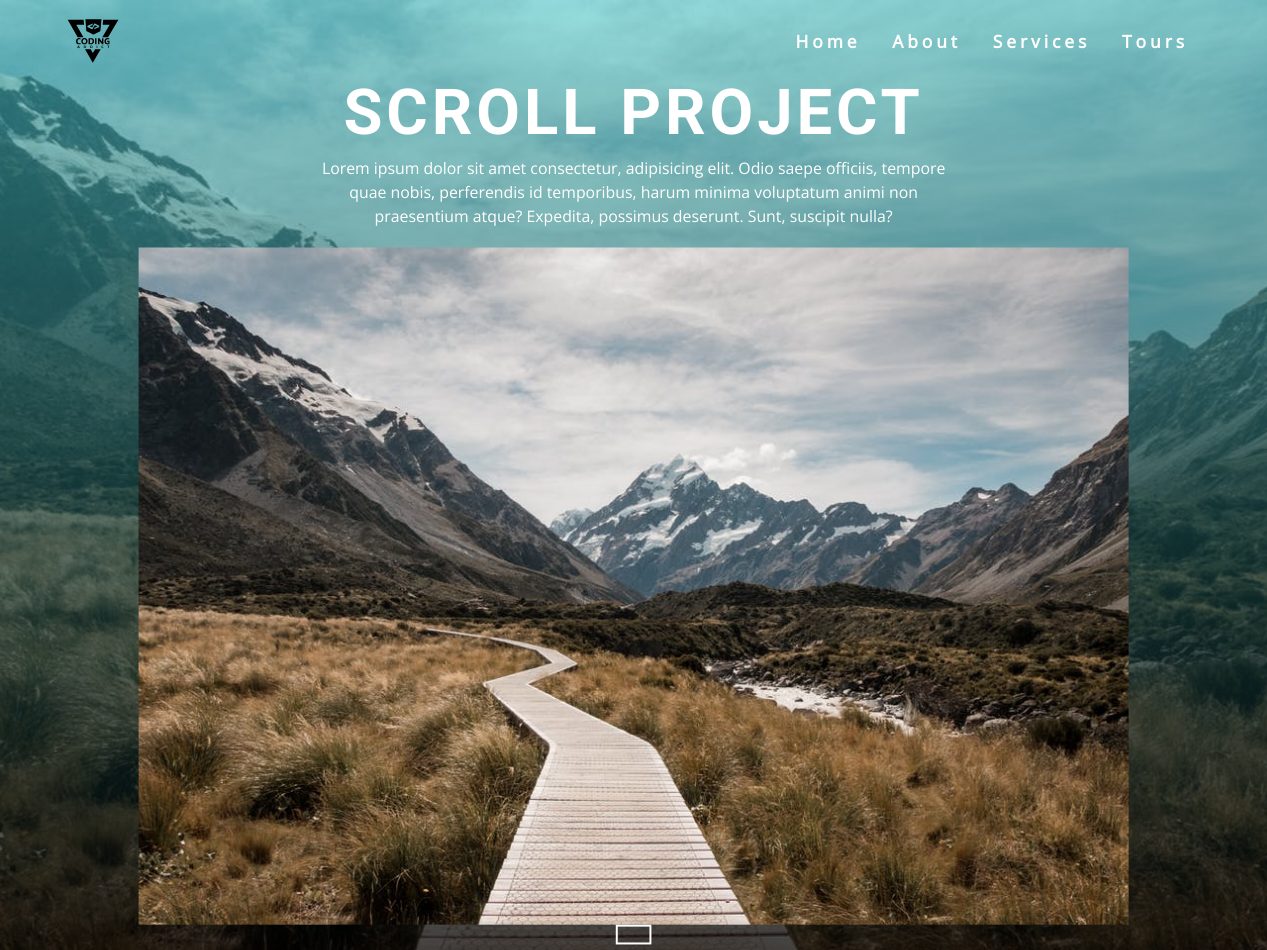
Repository: spidero7/Scroll
Page: index.html
An editor plug-in stored every save of this project. The page is shown before and after the next save, followed by the edit.
The browser window is 1280 px wide. The pictures show the whole page, at 99% of full size.
Some web libraries are served in a nearby version.

Above is the page before, as saved 2021-10-07 06:58:47.

### index.html
<!DOCTYPE html>
<html lang="en">
<head>
    <meta charset="UTF-8">
    <meta http-equiv="X-UA-Compatible" content="IE=edge">
    <meta name="viewport" content="width=device-width, initial-scale=1.0">
    <title>Scroll</title>
    <link rel="stylesheet" href="styles.css">
    <link rel="stylesheet" href="https://cdnjs.cloudflare.com/ajax/libs/font-awesome/5.14.0/css/all.min.css">
</head>
<body>
    <!-- header  -->
    <header id="home">
        <!-- navbar -->
        <nav id="nav">
            <div class="nav-center">
                <!-- nav header  -->
                <div class="nav-header">
                    <img src="./imgs/logo.svg" alt="logo" class="logo"/>
                    <button class="nav-toggle">
                        <i class="fas fa-bars"></i>
                    </button>
                </div>
                <!-- links -->
                <div class="links-container">
                    <ul class="links">
                        <li>
                          <a href="#home" class="scroll-link">home</a>
                        </li>
                        <li>
                          <a href="#about" class="scroll-link">about</a>
                        </li>
                        <li>
                          <a href="#services" class="scroll-link">services</a>
                        </li>
                        <li>
                          <a href="#tours" class="scroll-link">tours</a>
                        </li>
                      </ul>
                </div>
            </div>
        </nav>
        <!-- banner -->
        <div class="banner">
            <div class="container">
                <h1>scroll project</h1>
                <p>
                    Lorem ipsum dolor sit amet consectetur, adipisicing elit. Odio saepe officiis,
                    tempore quae nobis, perferendis id temporibus, harum minima voluptatum animi non
                    praesentium atque? Expedita, possimus deserunt. Sunt, suscipit nulla?
                </p>
                <img src="./imgs/hero-bcg.jpeg">
                <a href="#tours" class="scroll-link btn btn-white">

                </a>
            </div>
        </div>
    </header>
    <script src="app.js"></script>
</body>
</html>

### styles.css
/*
===============
Fonts
===============
*/
@import url("https://fonts.googleapis.com/css?family=Open+Sans|Roboto:400,700&display=swap");

/*
===============
Variables
===============
*/

:root {
  /* dark shades of primary color*/
  --clr-primary-1: hsl(205, 86%, 17%);
  --clr-primary-2: hsl(205, 77%, 27%);
  --clr-primary-3: hsl(205, 72%, 37%);
  --clr-primary-4: hsl(205, 63%, 48%);
  /* primary/main color */
  --clr-primary-5: #49a6e9;
  /* lighter shades of primary color */
  --clr-primary-6: hsl(205, 89%, 70%);
  --clr-primary-7: hsl(205, 90%, 76%);
  --clr-primary-8: hsl(205, 86%, 81%);
  --clr-primary-9: hsl(205, 90%, 88%);
  --clr-primary-10: hsl(205, 100%, 96%);
  /* darkest grey - used for headings */
  --clr-grey-1: hsl(209, 61%, 16%);
  --clr-grey-2: hsl(211, 39%, 23%);
  --clr-grey-3: hsl(209, 34%, 30%);
  --clr-grey-4: hsl(209, 28%, 39%);
  /* grey used for paragraphs */
  --clr-grey-5: hsl(210, 22%, 49%);
  --clr-grey-6: hsl(209, 23%, 60%);
  --clr-grey-7: hsl(211, 27%, 70%);
  --clr-grey-8: hsl(210, 31%, 80%);
  --clr-grey-9: hsl(212, 33%, 89%);
  --clr-grey-10: hsl(210, 36%, 96%);
  --clr-white: #fff;
  --clr-red-dark: hsl(360, 67%, 44%);
  --clr-red-light: hsl(360, 71%, 66%);
  --clr-green-dark: hsl(125, 67%, 44%);
  --clr-green-light: hsl(125, 71%, 66%);
  --clr-secondary: hsla(182, 63%, 54%);
  --clr-black: #222;
  --ff-primary: "Roboto", sans-serif;
  --ff-secondary: "Open Sans", sans-serif;
  --transition: all 0.3s linear;
  --spacing: 0.25rem;
  --radius: 0.5rem;
  --light-shadow: 0 5px 15px rgba(0, 0, 0, 0.1);
  --dark-shadow: 0 5px 15px rgba(0, 0, 0, 0.2);
  --max-width: 1170px;
  --fixed-width: 620px;
}
/*
===============
Global Styles
===============
*/
html {
  scroll-behavior: smooth;
}
*,
::after,
::before {
  margin: 0;
  padding: 0;
  box-sizing: border-box;
}
body {
  font-family: var(--ff-secondary);
  background: var(--clr-grey-10);
  color: var(--clr-grey-1);
  line-height: 1.5;
  font-size: 0.875rem;
}
ul {
  list-style-type: none;
}
a {
  text-decoration: none;
}
img:not(.logo) {
  width: 100%;
}
img {
  display: block;
}

h1,
h2,
h3,
h4 {
  letter-spacing: var(--spacing);
  text-transform: capitalize;
  line-height: 1.25;
  margin-bottom: 0.75rem;
  font-family: var(--ff-primary);
}
h1 {
  font-size: 3rem;
}
h2 {
  font-size: 2rem;
}
h3 {
  font-size: 1.25rem;
}
h4 {
  font-size: 0.875rem;
}
p {
  margin-bottom: 1.25rem;
  color: var(--clr-grey-5);
}
@media screen and (min-width: 800px) {
  h1 {
    font-size: 4rem;
  }
  h2 {
    font-size: 2.5rem;
  }
  h3 {
    font-size: 1.75rem;
  }
  h4 {
    font-size: 1rem;
  }
  body {
    font-size: 1rem;
  }
  h1,
  h2,
  h3,
  h4 {
    line-height: 1;
  }
}
/*  global classes */

.btn {
  text-transform: uppercase;
  background: transparent;
  color: var(--clr-black);
  padding: 0.375rem 0.75rem;
  letter-spacing: var(--spacing);
  display: inline-block;
  transition: var(--transition);
  font-size: 0.875rem;
  border: 2px solid var(--clr-black);
  cursor: pointer;
  box-shadow: 0 1px 3px rgba(0, 0, 0, 0.2);
  border-radius: var(--radius);
}
.btn:hover {
  color: var(--clr-white);
  background: var(--clr-black);
}
.btn-white {
  color: var(--clr-white);
  border-color: var(--clr-white);
  border-radius: 0;
  padding: 0.5rem 1rem;
}
.btn:hover {
  background: var(--clr-white);
  color: var(--clr-secondary);
}
/* section */
.section {
  padding-bottom: 5rem;
}

.section-center {
  width: 90vw;
  margin: 0 auto;
  max-width: 1170px;
}
@media screen and (min-width: 992px) {
  .section-center {
    width: 95vw;
  }
}
main {
  min-height: 100vh;
  display: grid;
  place-items: center;
}
/*
===============
Scroll
===============
*/
/* navbar */
nav {
  background: var(--clr-white);
  padding: 1rem 1.5rem;
}
/* fixed nav */
.fixed-nav {
  position: fixed;
  top: 0;
  left: 0;
  width: 100%;
  background: var(--clr-white);
  box-shadow: var(--light-shadow);
}
.fixed-nav .links a {
  color: var(--clr-grey-1);
}
.fixed-nav .links a:hover {
  color: var(--clr-secondary);
}
/* .fixed-nav .links-container {
  height: auto !important;
} */
.nav-header {
  display: flex;
  align-items: center;
  justify-content: space-between;
}
.nav-toggle {
  font-size: 1.5rem;
  color: var(--clr-grey-1);
  background: transparent;
  border-color: transparent;
  transition: var(--transition);
  cursor: pointer;
}
.nav-toggle:hover {
  color: var(--clr-secondary);
}
.logo {
  height: 50px;
}
.links-container {
  height: 0;
  overflow: hidden;
  transition: var(--transition);
}
.show-links {
  height: 200px;
}
.links a {
  background: var(--clr-white);
  color: var(--clr-grey-5);
  font-size: 1.1rem;
  text-transform: capitalize;
  letter-spacing: var(--spacing);
  display: block;
  transition: var(--transition);
  font-weight: bold;
  padding: 0.75rem 0;
}
.links a:hover {
  color: var(--clr-grey-1);
}
@media screen and (min-width: 800px) {
  nav {
    background: transparent;
  }
  .nav-center {
    width: 90vw;
    max-width: 1170px;
    margin: 0 auto;
    display: flex;
    align-items: center;
    justify-content: space-between;
  }
  .nav-header {
    padding: 0;
  }
  .nav-toggle {
    display: none;
  }
  .links-container {
    height: auto !important;
  }
  .links {
    display: flex;
  }
  .links a {
    background: transparent;
    color: var(--clr-white);
    font-size: 1.1rem;
    text-transform: capitalize;
    letter-spacing: var(--spacing);
    display: block;
    transition: var(--transition);
    margin: 0 1rem;
    font-weight: bold;
    padding: 0;
  }
  .links a:hover {
    color: var(--clr-white);
  }
}
/* hero */
header {
  min-height: 100vh;
  background: linear-gradient(rgba(63, 208, 212, 0.5), rgba(0, 0, 0, 0.7)),
    url(./hero-bcg.jpeg) center/cover no-repeat;
}
.banner {
  min-height: 100vh;
  display: grid;
  place-items: center;
  text-align: center;
}
.container h1 {
  color: var(--clr-white);
  text-transform: uppercase;
}
.container p {
  color: var(--clr-white);
  max-width: 25rem;
  margin: 0 auto;
  margin-bottom: 1.25rem;
}
@media screen and (min-width: 768px) {
  .container p {
    max-width: 40rem;
  }
}
/* sections and title */
.title h2 {
  text-align: center;
  text-transform: uppercase;
}
.title span {
  color: var(--clr-secondary);
}
#about,
#services,
#tours {
  height: 80vh;
}
#services {
  background: var(--clr-white);
}
footer {
  background: var(--clr-grey-1);
  padding: 5rem 1rem;
}
footer p {
  color: var(--clr-white);
  text-align: center;
  text-transform: capitalize;
  letter-spacing: var(--spacing);
  margin-bottom: 0;
}

.top-link {
  font-size: 1.25rem;
  position: fixed;
  bottom: 3rem;
  right: 3rem;
  background: var(--clr-secondary);
  width: 2rem;
  height: 2rem;
  display: grid;
  place-items: center;
  border-radius: var(--radius);
  color: var(--clr-white);
  animation: bounce 2s ease-in-out infinite;

  visibility: hidden;
  z-index: -100;
}
.show-link {
  visibility: visible;
  z-index: 100;
}

@keyframes bounce {
  0% {
    transform: scale(1);
  }
  50% {
    transform: scale(1.5);
  }
  100% {
    transform: scale(1);
  }
}

Loaded but not shown: app.js (no stored copy; drawn as an empty file)

After the next save:
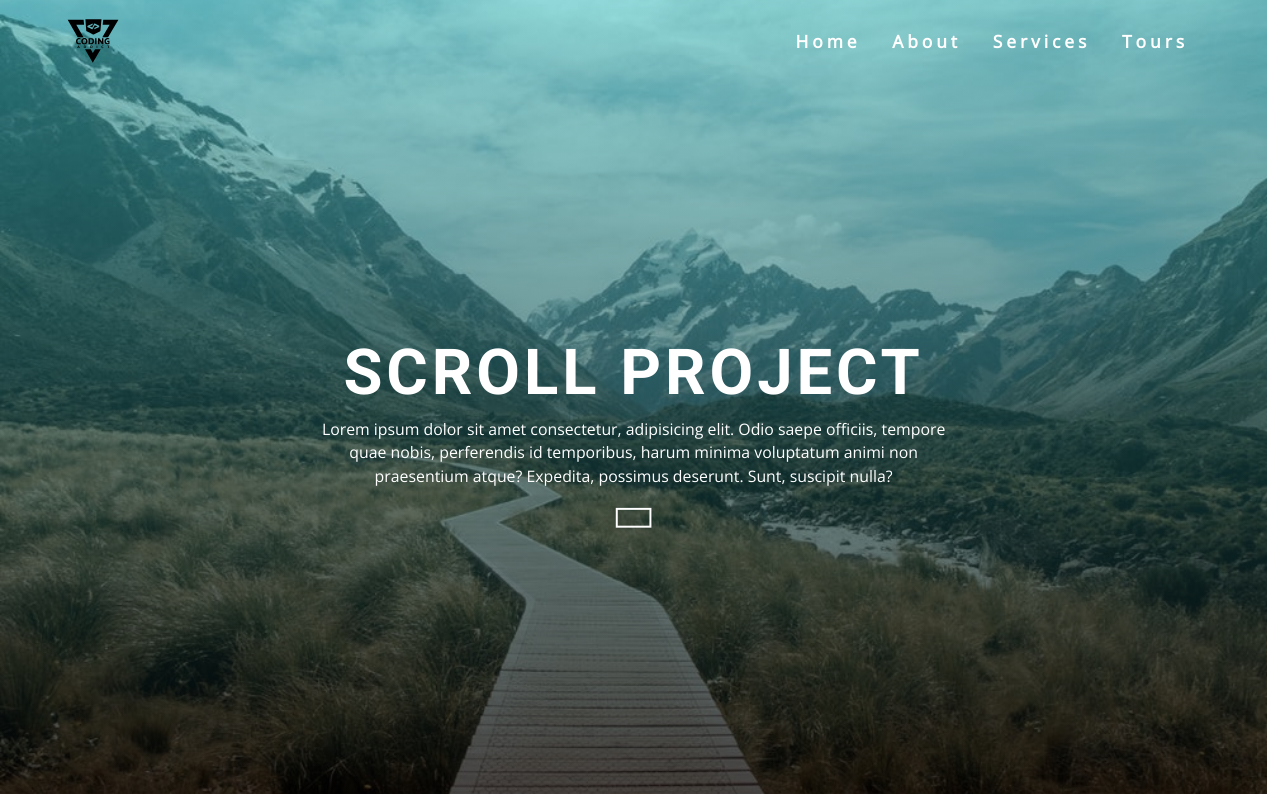
Saved 6 s later.
--- a/index.html
+++ b/index.html
@@ -49,7 +49,6 @@
                     tempore quae nobis, perferendis id temporibus, harum minima voluptatum animi non
                     praesentium atque? Expedita, possimus deserunt. Sunt, suscipit nulla?
                 </p>
-                <img src="./imgs/hero-bcg.jpeg">
                 <a href="#tours" class="scroll-link btn btn-white">
 
                 </a>
